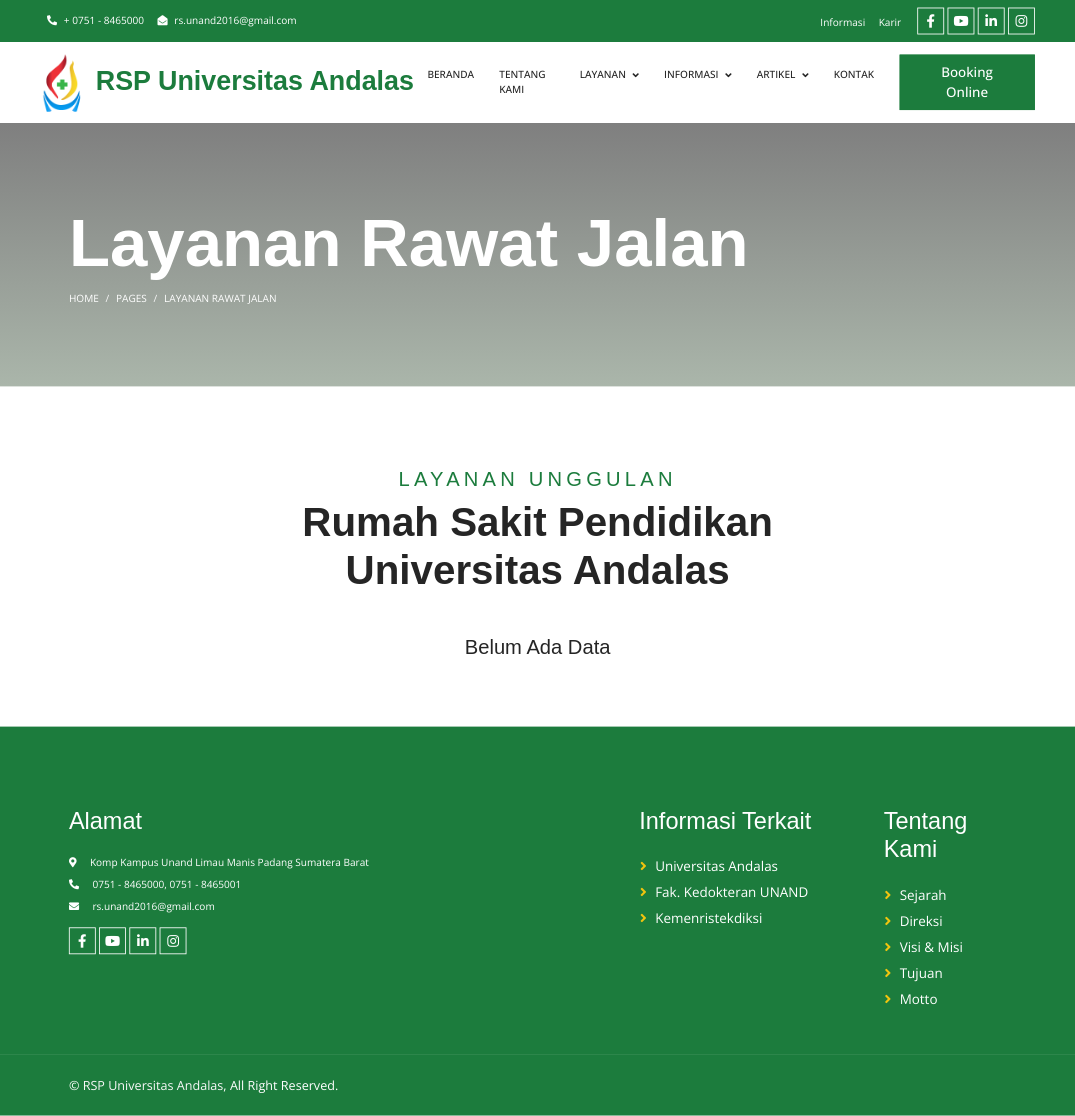
Repository: vivin-erialis/rsunand-site
Page: http://localhost/layanan-rajal
An editor plug-in stored every save of this project. The page is shown before and after the next save, followed by the edit.
The browser window is 1280 px wide. The pictures show the whole page, at 84% of full size.
Some web fonts or font styles are not loaded; a fallback is used. Some web libraries are served in a nearby version. The page is served by the project's Laravel application, run on PHP 8.4 with Laravel 12. Queries for data that is not in the repository find no rows.

Above is the page before, as saved 2024-06-10 09:37:10.
Console error: TypeError: Cannot read properties of undefined (reading 'version')

After the next save:
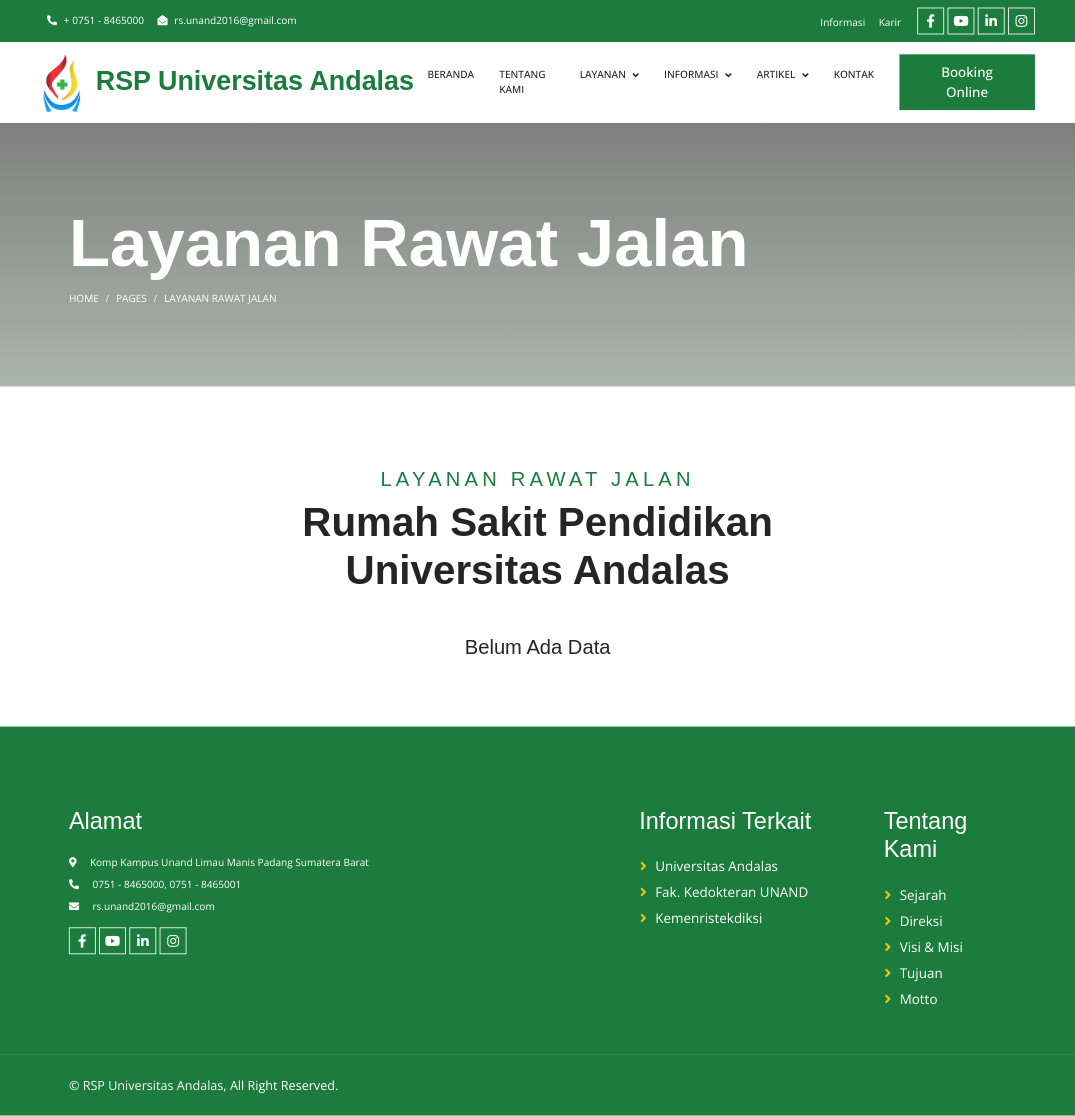
Saved 22 s later.
--- a/resources/views/Frontend/layanan/layanan-rajal.blade.php
+++ b/resources/views/Frontend/layanan/layanan-rajal.blade.php
@@ -1,12 +1,12 @@
 @extends('Frontend.layouts.main')
 @section('content')
-@section('title', 'Tentang Kami')
+@section('title', 'Layanan Rawat Jalan')
 @include('Frontend.layouts.header')
 
 <div class="container-xxl py-5">
     <div class="container">
         <div class="text-center mx-auto mb-5 wow fadeInUp" data-wow-delay="0.1s" style="max-width: 600px;">
-            <h4 class="section-title">LAYANAN UNGGULAN</h4>
+            <h4 class="section-title">LAYANAN RAWAT JALAN</h4>
             <h1 class="display-5 mb-4">Rumah Sakit Pendidikan Universitas Andalas</h1>
         </div>
         @if ($layanan->isEmpty())
